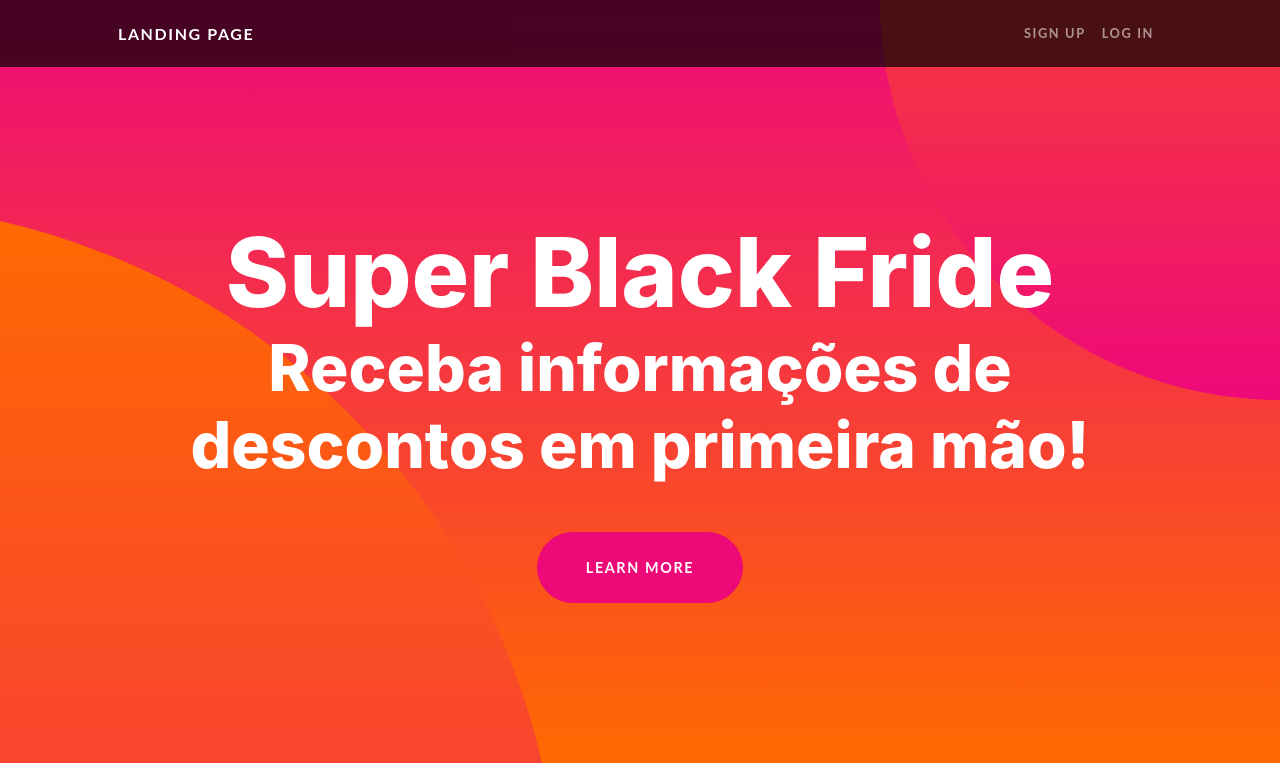
Repository: jrfalcao/landing-page
Page: /
These files come from the project's save history. The page is drawn as it stood at one moment and after the next save; the edit follows.
The browser window is 1280 px wide. The pictures show the whole page.
The project was rebuilt for these pictures with package versions that can differ from the ones it lists, and the page was loaded fresh each time. Also part of the build but not shown: src/assets/css/App.css.

Above is the page before, as saved 2021-07-17 22:29:57.

After the next save:
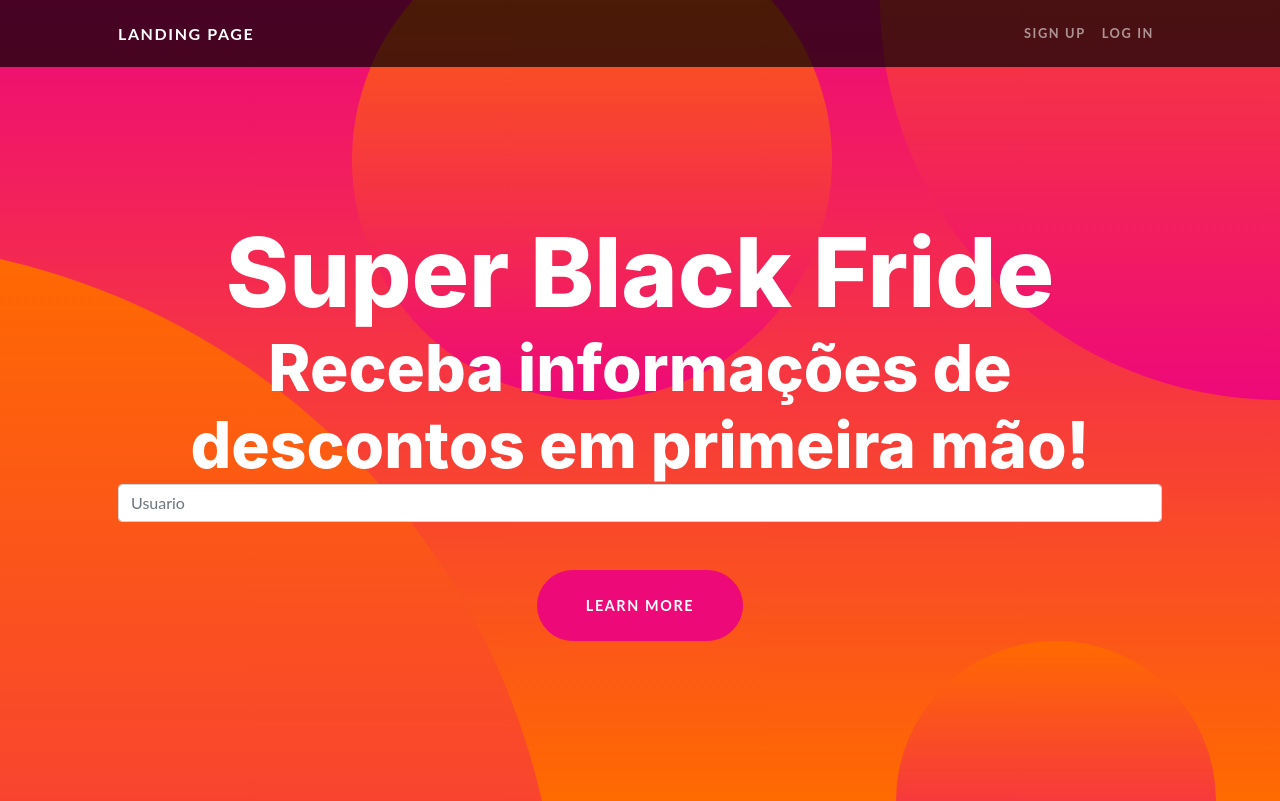
Saved 5 min 48 s later.
--- a/src/Components/Header.js
+++ b/src/Components/Header.js
@@ -1,17 +1,22 @@
+import React, {useState} from 'react';
+
 export default function Header() {
+	const [ email, setEmail ] = useState('');
+
 	return (
 		<header className="masthead text-center text-white">
 			<div className="masthead-content">
 				<div className="container px-5">
 					<h1 className="masthead-heading mb-0">Super Black Fride</h1>
 					<h2 className="masthead-subheading mb-0">Receba informações de descontos em primeira mão!</h2>
+					<input className="form-control" value={email} placeholder="Usuario" onChange={ e => setEmail(e.target.value)} />
 					<a className="btn btn-primary btn-xl rounded-pill mt-5" href="#scroll">Learn More</a>
 				</div>
 			</div>
 			<div className="bg-circle-1 bg-circle"></div>
 			<div className="bg-circle-2 bg-circle"></div>
-			{/* <div className="bg-circle-3 bg-circle"></div>
-			<div className="bg-circle-4 bg-circle"></div> */}
+			<div className="bg-circle-3 bg-circle"></div>
+			<div className="bg-circle-4 bg-circle"></div>
 		</header>
 	);
 }
